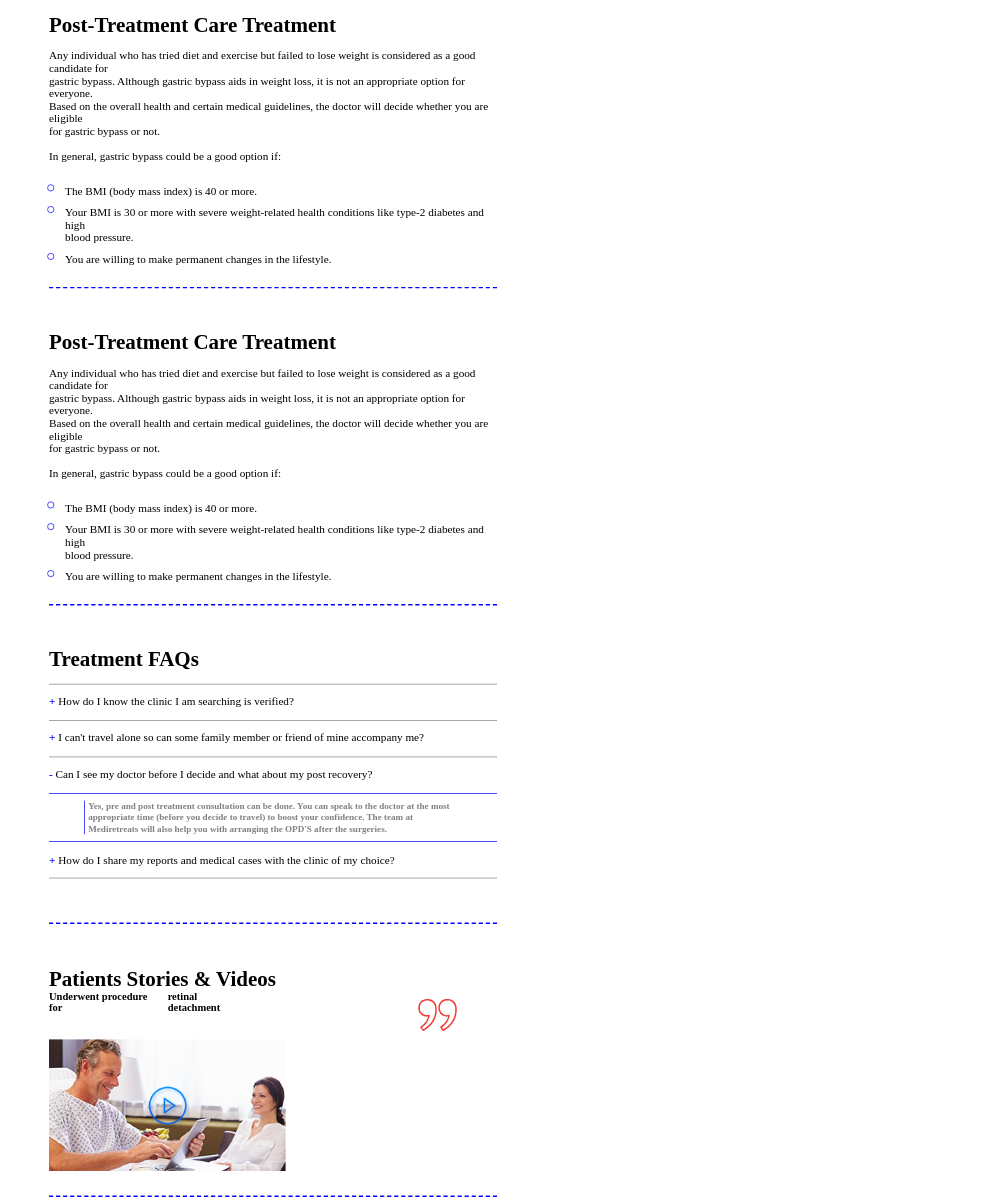
Repository: hetuk2005/webDevelopment
Page: Projects/Aafiya.html
The author's editor kept a copy of each file at every save. The page is drawn from the files as they stood at one save, then again after the next save.
The browser window is 1280 px wide. The page is 1438 px wide, so the pictures cover 1438 px, including what lies to the right of the window. The pictures show the part of the page from y = 2737 to 4457 px (the page is 4457 px tall), at 70% of full size.

Above is the page before, as saved 2025-04-08 10:30:53.

After the next save:
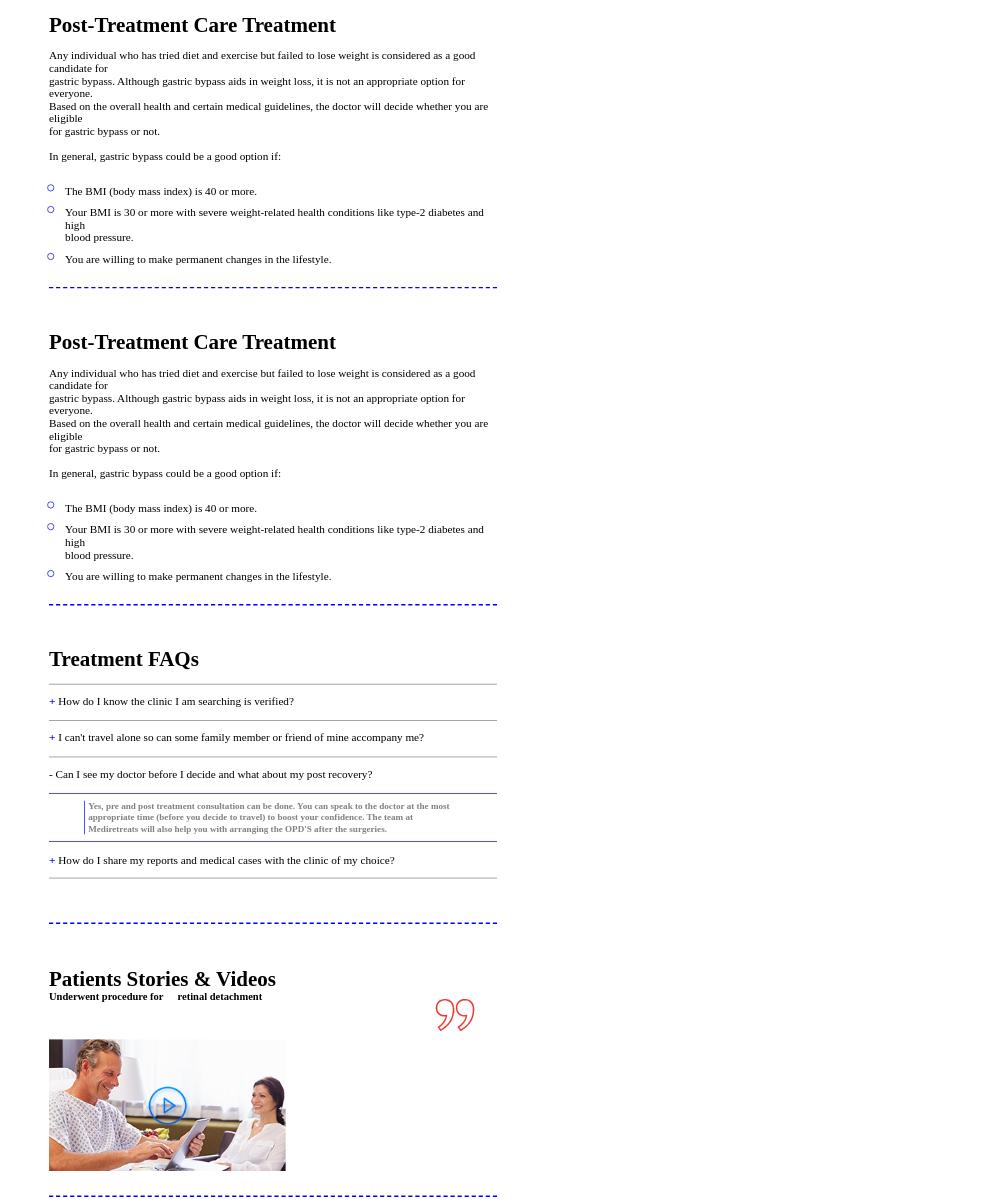
Saved 14 s later.
--- a/Projects/CSS/Aafiya.css
+++ b/Projects/CSS/Aafiya.css
@@ -512,7 +512,6 @@ span {
 .patient_stories>.stories_img>.text1 {
     display: flex;
     gap: 20px;
-    padding-right: 50px;
 }
 
 .patient_stories>.stories_img>.text1>.quotes {
